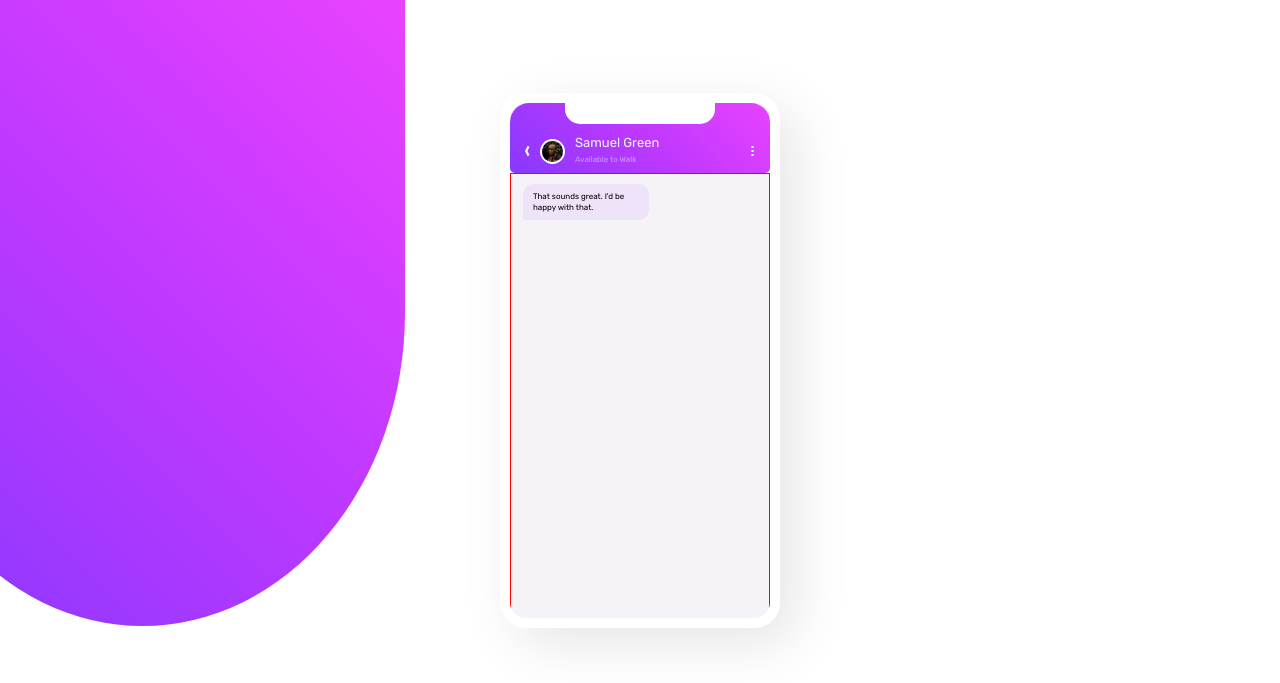
Repository: KamoliddinGIT/chat-app-css-illustration
Page: index.html
An editor plug-in stored every save of this project. The page is shown before and after the next save, followed by the edit.
The browser window is 1280 px wide. The pictures show the whole page.

Above is the page before, as saved 2023-09-25 18:11:33.

### index.html
<!DOCTYPE html>
<html lang="en">
  <head>
    <meta charset="UTF-8" />
    <meta http-equiv="X-UA-Compatible" content="IE=edge" />
    <meta name="viewport" content="width=device-width, initial-scale=1.0" />
    <link
      rel="icon"
      type="image/png"
      sizes="32x32"
      href="./images/favicon-32x32.png"
    />
    <link
      href="https://fonts.googleapis.com/css2?family=Rubik:wght@400;500;700&display=swap"
      rel="stylesheet"
    />
    <link rel="stylesheet" href="./css/style.css" />
    <title>Chat App CSS Illustration</title>
  </head>
  <body>
    <div class="container">
      <div class="bg"></div>
      <div class="card">
        <div class="header">
          <div class="cam"></div>
          <div class="header_contents">
            <div class="header-left-side">
              <img
                src="./images/arrow.svg"
                alt="left_arrow"
                class="back_icon"
              />
              <img class="avatar" src="./images/avatar.jpg" alt="avatar" />
              <h2>
                Samuel Green <br />
                <span>Available to Walk </span>
              </h2>
            </div>
            <img src="./images/menu.svg" alt="menu" class="menu" />
          </div>
        </div>
        <div class="card-messages">
          <div class="receive-message">
            That sounds great. I'd be happy with that.
          </div>
        </div>
      </div>
    </div>
  </body>
</html>

### css/style.css
* {
  margin: 0;
  padding: 0;
  box-sizing: border-box;
}

.container {
  width: 100%;
  height: 100vh;
  display: flex;
  justify-content: center;
  align-items: center;
  background-color: white;
  font-family: "Rubik", sans-serif;
}

.bg {
  width: 525px;
  height: 87%;
  left: -120px;
  top: 0;
  position: absolute;
  background-image: linear-gradient(
    45deg,
    hsl(264deg 100% 61%) 0%,
    hsl(280deg 100% 61%) 50%,
    hsl(293deg 100% 63%) 100%
  );
  border-radius: 0 0 50% 50%;
}

.card {
  z-index: 99;
  width: 280px;
  height: 535px;
  border-radius: 1.6rem;
  background-color: hsl(270, 20%, 96%);
  border: 10px solid white;
  box-shadow: 1rem 1rem 3.5rem rgba(0, 0, 0, 0.1);
  overflow: hidden;
}

.header {
  display: flex;
  justify-content: center;
  align-items: center;
  color: white;
  position: relative;
  width: 100%;
  height: 70px;
  border-radius: 1.2rem 1.2rem 5px 5px;
  display: flex;
  flex-direction: column;
  align-items: center;
  background-image: linear-gradient(
    45deg,
    hsl(264deg 100% 61%) 0%,
    hsl(280deg 100% 61%) 50%,
    hsl(293deg 100% 63%) 100%
  );
}

.cam {
  width: 150px;
  height: 22px;
  top: 0;
  background-color: white;
  border-radius: 0 0 15px 15px;
  position: absolute;
  margin: -1px auto 0 auto;
}

.back_icon {
  width: 5px;
  height: 18px;
  cursor: pointer;
}

.header_contents {
  margin-top: 27px;
  width: 100%;
  height: 15px;
  display: flex;
  align-items: center;
  justify-content: space-between;
  padding: 15px;
}

.header-left-side {
  width: 164px;
  height: 29px;
  display: flex;
  align-items: center;
  gap: 10px;
}

.avatar {
  width: 25px;
  height: 25px;
  object-fit: fill;
  border-radius: 50%;
  border: 2px solid white;
}

.header-left-side h2 {
  font-size: 13px;
  font-weight: 400;
  padding-bottom: 3px;
  color: hsl(270, 20%, 96%);
}

.header-left-side h2 span {
  font-size: 8px;
  font-weight: 400;
  opacity: 0.5;
  color: hsl(270, 20%, 96%);
}

.menu {
  cursor: pointer;
  width: 5px;
}

.card-messages {
  display: flex;
  flex-direction: column;
  width: 260px;
  height: 446px;
  border: 1px solid red;
}

.receive-message {
  width: 126px;
  height: 36px;
  background-color: hsla(276, 100%, 81%, 0.2);
  padding: 7px 5px 7px 10px;
  border-radius: 10px 10px 10px 2px;
  margin: 10px 0 0 12px;
  font-size: 8px;
  line-height: 11px;
  color: var(--ModerateViolet);
}

After the next save:
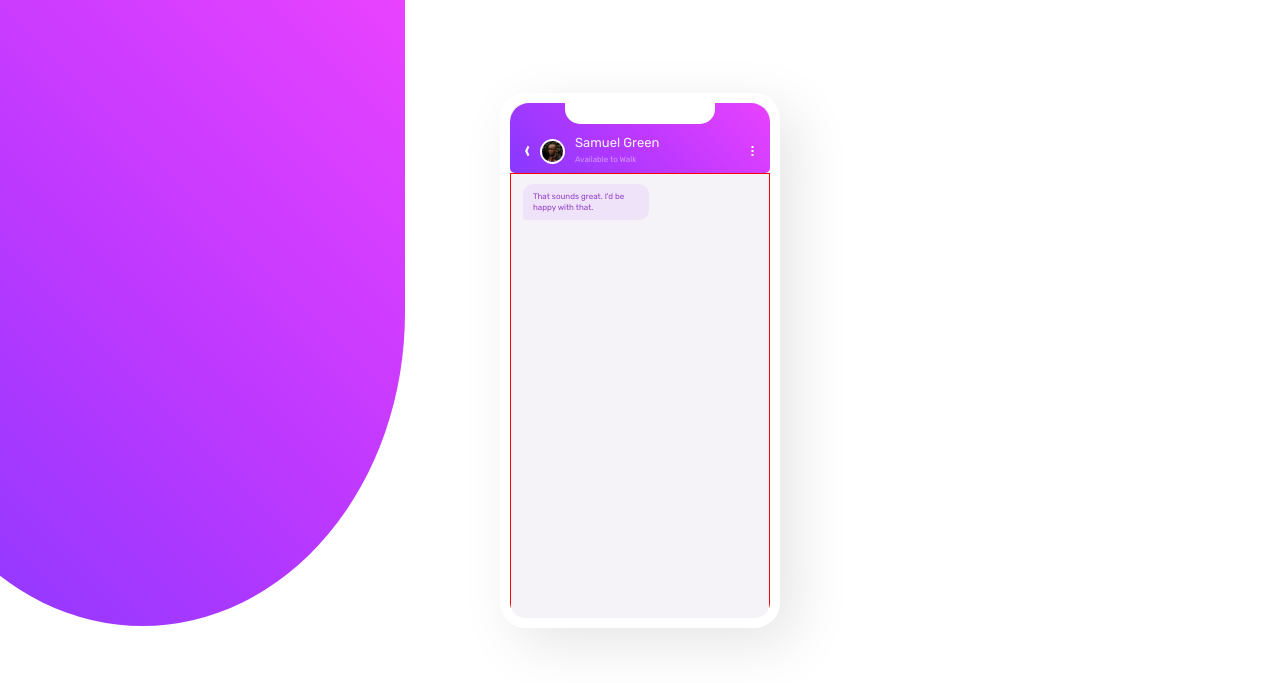
Saved 13 s later.
--- a/css/style.css
+++ b/css/style.css
@@ -138,5 +138,5 @@
   margin: 10px 0 0 12px;
   font-size: 8px;
   line-height: 11px;
-  color: var(--ModerateViolet);
+  color: hsl(276, 55%, 52%);
 }
